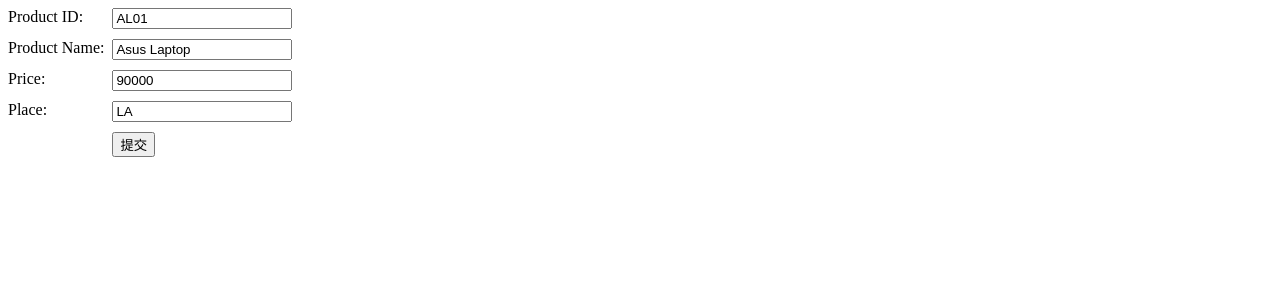
Repository: chofong1999/workspace202607
Page: mvweb0716/src/main/webapp/product.html
An editor plug-in stored every save of this project. The page is shown before and after the next save, followed by the edit.
The browser window is 1280 px wide. The pictures show the whole page.

Above is the page before, as saved 2026-07-16 03:18:38.

After the next save:
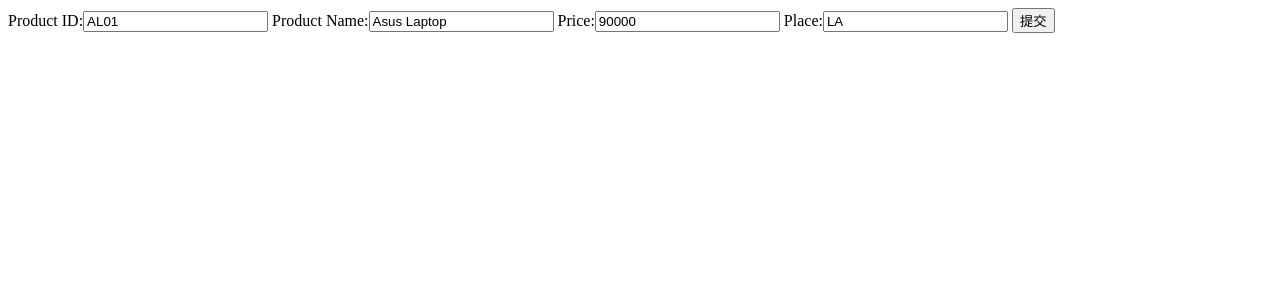
Saved 17 s later.
--- a/mvweb0716/src/main/webapp/product.html
+++ b/mvweb0716/src/main/webapp/product.html
@@ -19,7 +19,7 @@
 
 <body>
 
-<form action="product.jsp" method="post" class="product-form">
+<form action="product.jsp" method="post">
     Product ID:<input type="text" name="product_id" value="AL01">
     Product Name:<input type="text" name="product_name" value="Asus Laptop">
     Price:<input type="text" name="price" value="90000">
